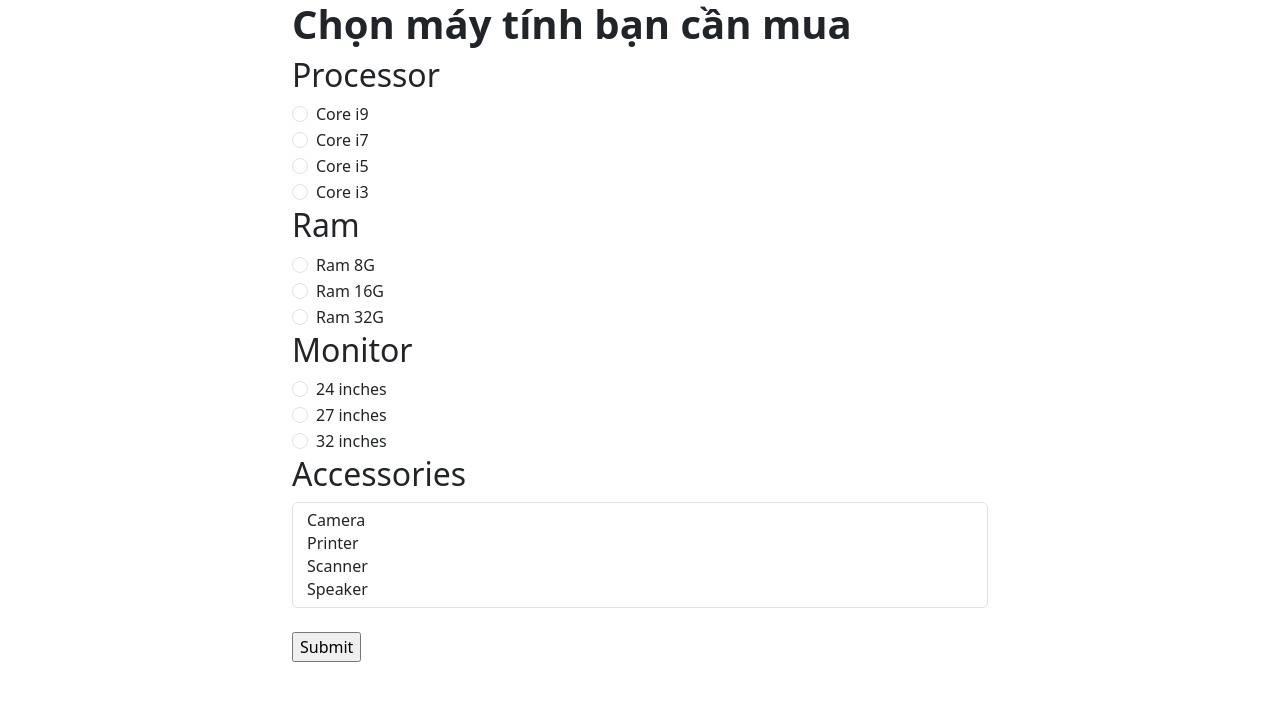
Repository: wuubangdev/bookstore-servlet-jsp
Page: http://localhost/Bai20_JSPCoban_TrangMuaHang/muaMayTinh.jsp
The author's editor kept a copy of each file at every save. The page is drawn from the files as they stood at one save, then again after the next save.
The browser window is 1280 px wide. The pictures show the whole page.
The page is served by Tomcat 9.

Above is the page before, as saved 2024-03-19 03:01:19.

After the next save:
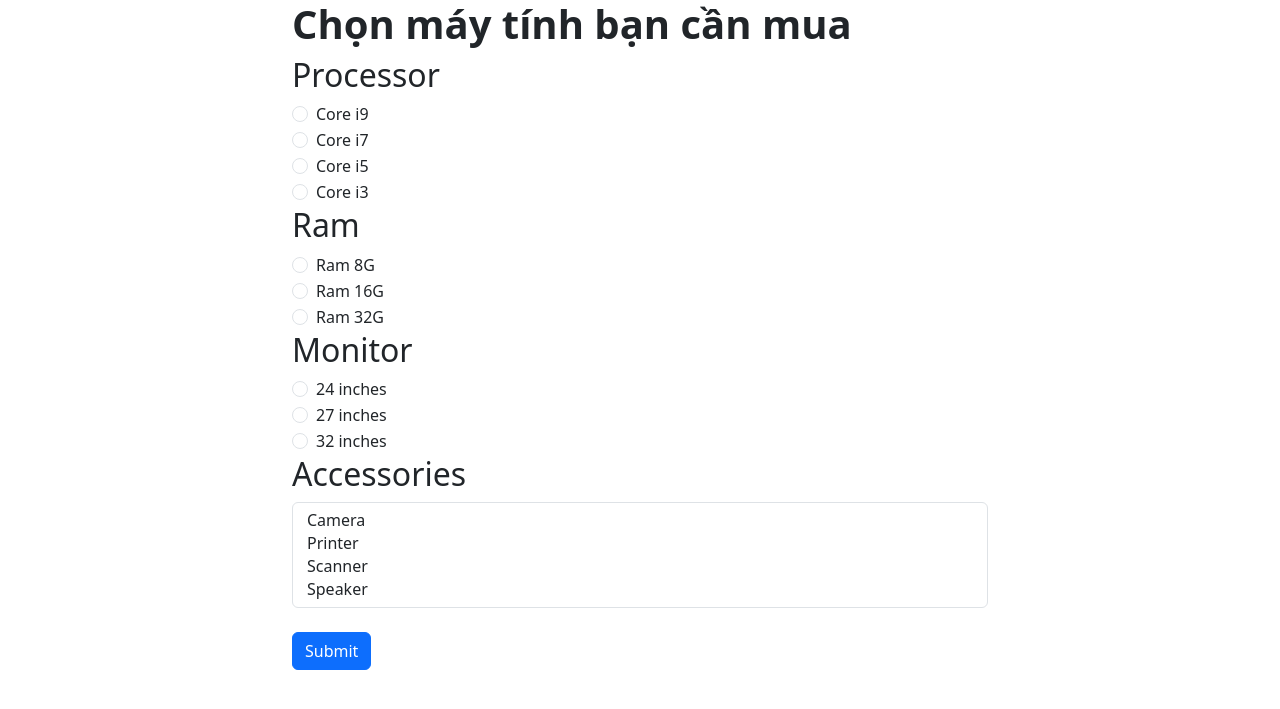
Saved 80 s later.
--- a/Bai20_JSPCoban_TrangMuaHang/src/main/webapp/muaMayTinh.jsp
+++ b/Bai20_JSPCoban_TrangMuaHang/src/main/webapp/muaMayTinh.jsp
@@ -83,7 +83,7 @@
 			  <option value="4">Speaker</option>
 			</select>
 			<br/>
-			<input type="submit" value="Submit" id="button-1"/>
+			<button type="submit" class="btn btn-primary">Submit</button>
 		</form>
 	</div>
 </body>
